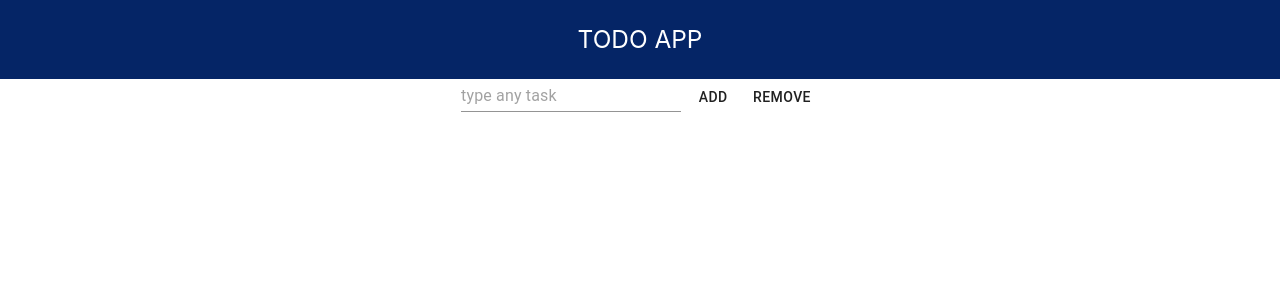
Repository: Shams97/Todo-app
Page: /
An editor plug-in stored every save of this project. The page is shown before and after the next save, followed by the edit.
The browser window is 1280 px wide. The pictures show the whole page.
The project was rebuilt for these pictures with package versions that can differ from the ones it lists, and the page was loaded fresh each time.

Above is the page before, as saved 2021-06-26 23:25:01.

After the next save:
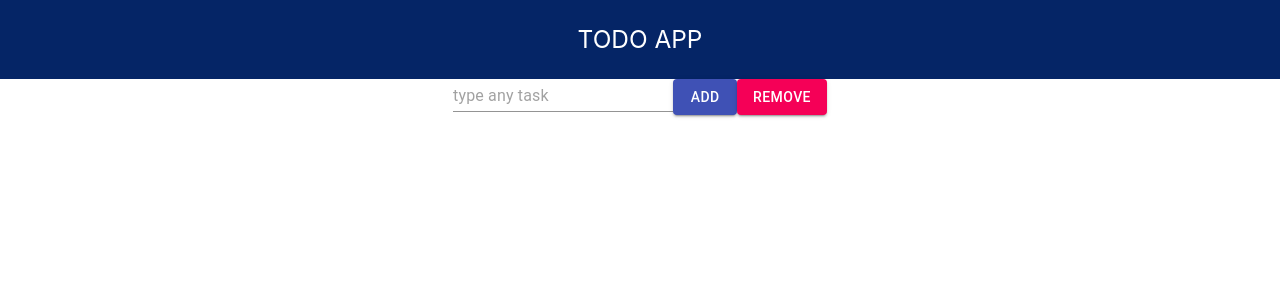
Saved 56 s later.
--- a/src/tasks/tasks.js
+++ b/src/tasks/tasks.js
@@ -4,8 +4,8 @@ export default function Tasks() {
   return (
     <Container>
       <Input placeholder="type any task"></Input>
-      <Button>Add</Button>
-      <Button>Remove</Button>
+      <Button variant="contained" color="primary">Add</Button>
+      <Button variant="contained" color="secondary">Remove</Button>
     </Container>
   );
 }
